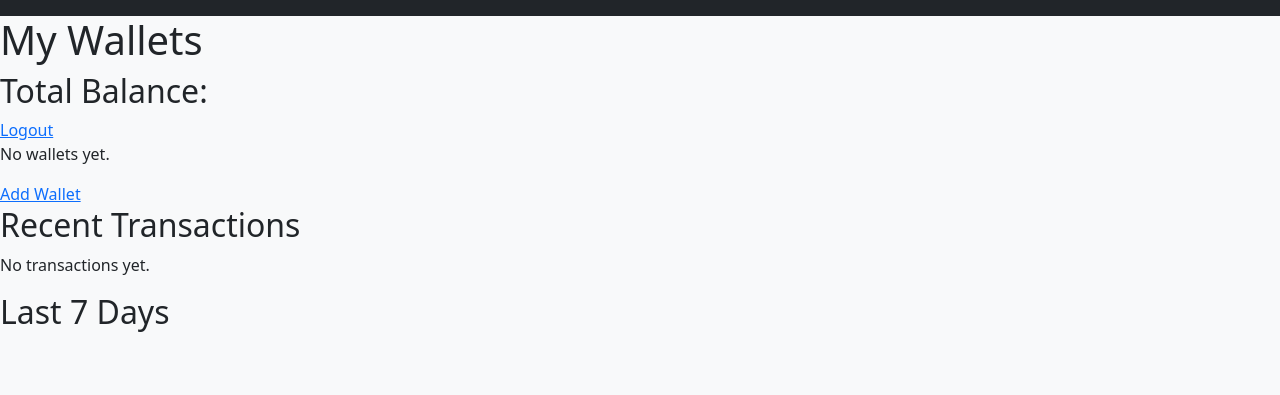
Repository: adtm0/Fined
Page: tracker/templates/tracker/base.html
The author's editor kept a copy of each file at every save. The page is drawn from the files as they stood at one save, then again after the next save.
The browser window is 1280 px wide. The pictures show the whole page.
The template is drawn by Django 4.2. The application's start-up code is not run. The template is opened directly, without the code that normally fills it, so the values that code supplies are empty.

Above is the page before, as saved 2026-04-28 19:59:28.
Console error: SyntaxError: Unexpected token ','

After the next save:
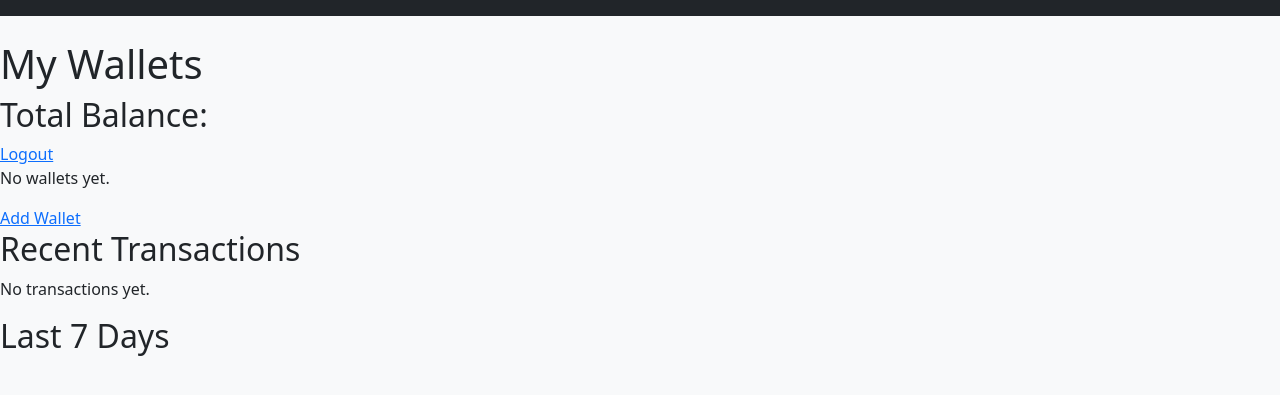
Saved 4 s later.
--- a/tracker/templates/tracker/base.html
+++ b/tracker/templates/tracker/base.html
@@ -5,7 +5,7 @@
     <link href="https://cdn.jsdelivr.net/npm/bootstrap@5.3.0/dist/css/bootstrap.min.css" rel="stylesheet">
   </head>
   <body class="bg-light">
-    <nav class="navbar navbar-dark bg-dark">
+    <nav class="navbar navbar-dark bg-dark px-4 mb-4">
 
     </nav>
     <h1>My Wallets</h1>
